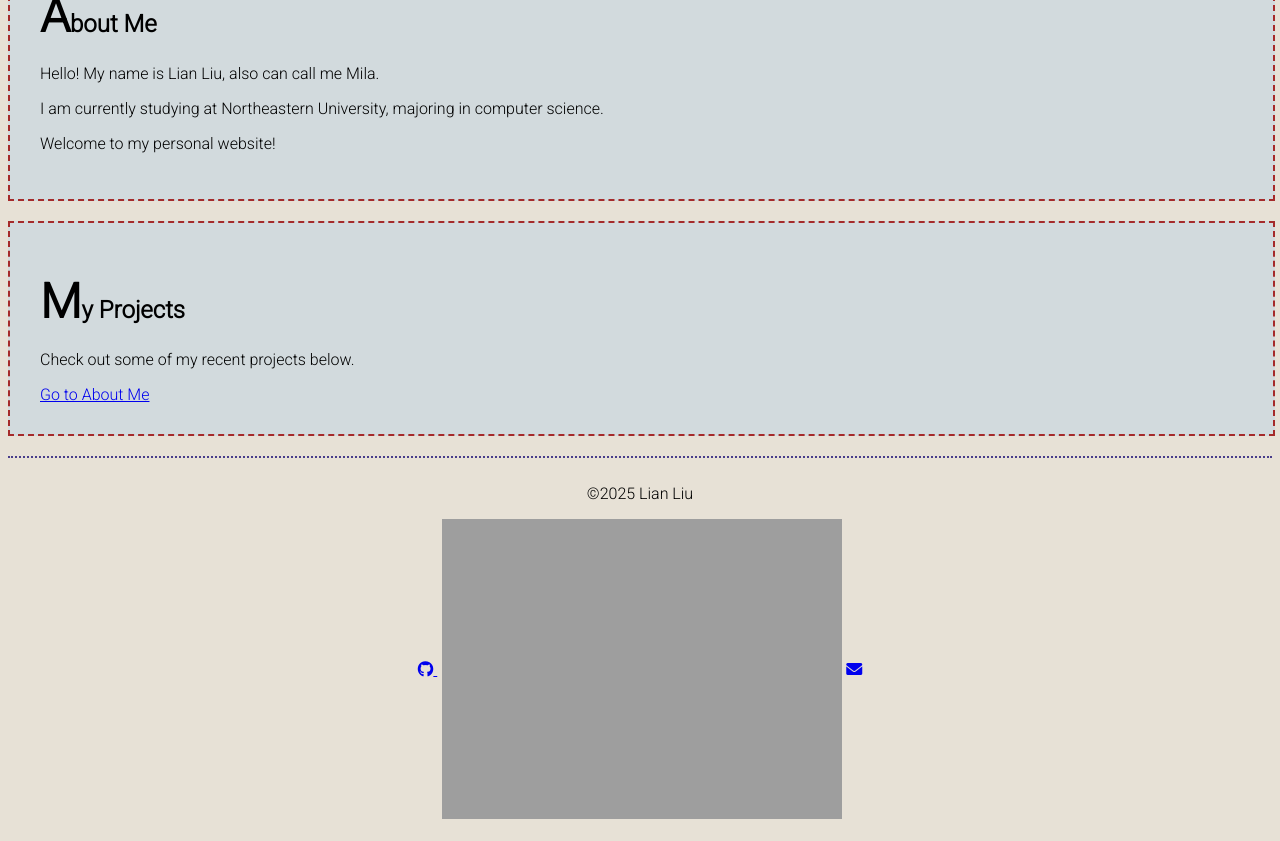
Repository: liulian26/CS5610
Page: assignment-1-liulian26/index.html
The author's editor kept a copy of each file at every save. The page is drawn from the files as they stood at one save, then again after the next save.
The browser window is 1280 px wide. The pictures show the part of the page from y = 533 to 1485 px (the page is 1374 px tall before and 1694 px after).
Pictures or frames that could not be fetched are drawn as grey boxes. A picture or video elsewhere on the page could not be fetched, so the positions and the page height are approximate.

Above is the page before, as saved 2025-02-01 00:50:48.

### assignment-1-liulian26/index.html
<!DOCTYPE html>
<html lang="en">
<head>
    <meta charset="UTF-8">
    <title>My Portfolio</title>
    <link rel="stylesheet" href="css/styles.css">
    <link rel="stylesheet" href="https://cdnjs.cloudflare.com/ajax/libs/font-awesome/6.0.0/css/all.min.css">
</head>
<body>
    <header>
        <h1>Mila(Lian) Liu</h1>
        <p id="role">Student</p>
        <figure>
            <img src="images/snow.jpg" alt="Me" class="center-image" />
            <figcaption>Me</figcaption>
          </figure>
        <nav>
            <ul>
                <li><a href="index.html">Home</a></li>
                <li><a href="pages/education.html">Education</a></li>
                <li><a href="pages/hobbies.html">Hobbies</a></li>
            </ul>
        </nav>
    </header>

    <main>
      <section id="about">
        <h2>About Me</h2>
        <p>Hello! My name is Lian Liu, also can call me Mila. </p>
        <p>I am currently studying at Northeastern University, majoring in computer science.</p>
        <p>Welcome to my personal website!</p>
    </section>

      <section id="projects">
        <h2>My Projects</h2>
        <p>Check out some of my recent projects below.</p>
            <a href="#about">Go to About Me</a>
        </section>
    </main>

    <footer>
        <p>&copy;2025 Lian Liu </p>
        <a href="https://github.com/liulian26" target="_blank">
            <i class="fab fa-github"></i>
        </a>
        <a href="mailto:liu.lian1@northeastern.edu">
            <i class="fas fa-envelope"></i>
        </a>
    </footer>
  </body>
</html>

### assignment-1-liulian26/css/styles.css
@import url('https://fonts.googleapis.com/css2?family=Roboto:wght@300&display=swap');

header {
    text-align: center;
    border-bottom: 2px dotted darkslateblue;
    padding-bottom: 5px;

}

#role {
    font-weight: bold;
}

h1 {
    color: #1050aa;
    font-family: Georgia, 'Times New Roman', Times, serif;
    font-size: 2.2em;
}

nav ul {
    list-style-type: none;
    padding: 0;
    text-align: center;
}

nav ul li {
    display: inline;
    margin-right: 0 20px;
}

nav ul li a {
    text-decoration: none;
    color: #1050aa;
    font-weight: bold;
}

nav ul li a:hover {
    color: crimson;
}

main {
    width: 80%;
    margin: 20 auto;
}

section {
    border: 2px dashed brown;
    padding: 30px;
    margin-bottom: 30px;
    background-color: rgba(126, 191, 251, 0.2);
    width: 119%;
    margin: 20px auto;
}

body {
    background-color: rgb(231, 225, 214);
    font-family: 'Roboto', sans-serif;
}

h2::first-letter {
    font-size: 3rem;
}

.center-image {
    max-width: 26%;
    height: auto;
    display: block;
    margin: 10px auto;
}

.school-logo {
    max-width: 20%;
    height: auto;
    display: block;
    margin-top: auto;
}

figure {
    text-align: center;
}

figcaption {
    font-style: italic;
    color: goldenrod;
}

footer {
    text-align: center;
    padding: 10px;
    border-top: 2px dotted darkslateblue;
}

.projects {
    border: 2px dashed brown;
    margin: 10px 0;
}

a[href*="github"]:hover {
    color: crimson;
}

a[href*="github"]::after {
    content: url(../images/GitHub-Mark-32px.png);
    margin-left: 5px;
    vertical-align: middle;
}


header a:visited {
    color: rgb(237, 122, 127);
}

After the next save:
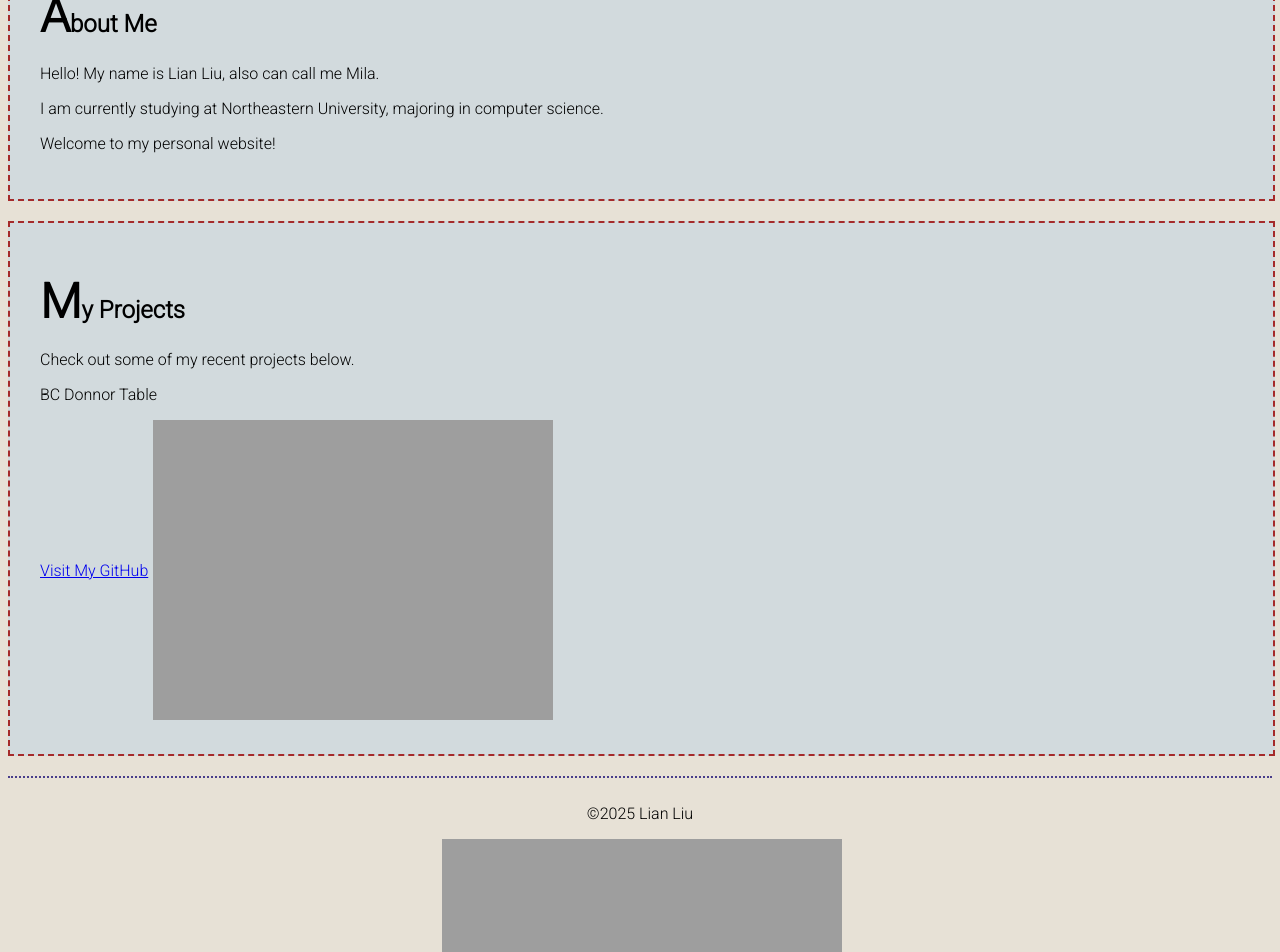
Saved 6 min 57 s later.
--- a/assignment-1-liulian26/index.html
+++ b/assignment-1-liulian26/index.html
@@ -34,7 +34,8 @@
       <section id="projects">
         <h2>My Projects</h2>
         <p>Check out some of my recent projects below.</p>
-            <a href="#about">Go to About Me</a>
+            <p>BC Donnor Table </p>
+            <a href="https://github.com/liulian26" target="_blank">Visit My GitHub</a>
         </section>
     </main>
 
